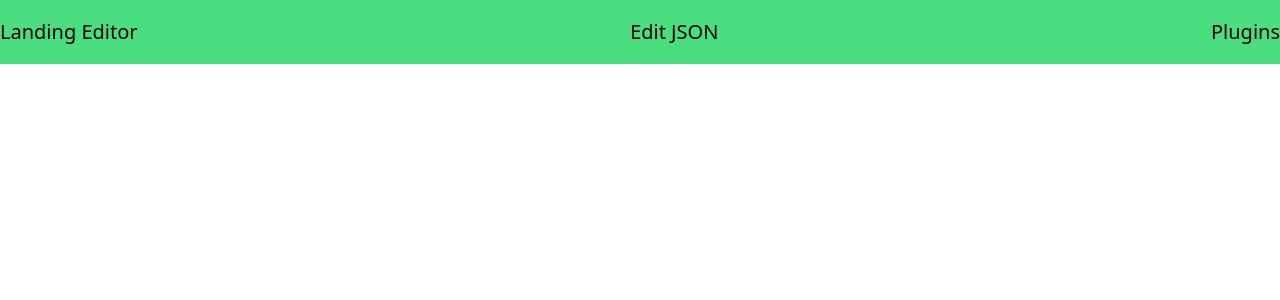
Repository: ShumilovMikhail/plugins-app
Page: / (app in app/frontend/)
The author's editor kept a copy of each file at every save. The page is drawn from the files as they stood at one save, then again after the next save.
The browser window is 1280 px wide. The pictures show the whole page.
The project was rebuilt for these pictures with package versions that can differ from the ones it lists, and the page was loaded fresh each time. Also part of the build but not shown: app/frontend/angular.json.

Above is the page before, as saved 2024-05-13 07:27:35.

### app/frontend/src/app/app.component.ts
import { Component } from '@angular/core';
import { RouterOutlet } from '@angular/router';
import { HeaderComponent } from './layout/header/header.component';

@Component({
  selector: 'app-root',
  standalone: true,
  imports: [RouterOutlet, HeaderComponent],
  templateUrl: './app.component.html',
})
export class AppComponent {
}

### app/frontend/src/app/layout/header/header.component.ts
import { Component, inject } from '@angular/core';
import { HeaderService } from '../../services/header.service';
import { RouterLink } from '@angular/router';

@Component({
  selector: 'app-header',
  standalone: true,
  imports: [RouterLink],
  templateUrl: './header.component.html',
})
export class HeaderComponent {
  protected readonly headerService = inject(HeaderService);
};

### app/frontend/src/app/layout/header/header.component.html
<div class="h-16 w-full bg-green-400 flex items-center justify-between">
  <span class="text-xl">{{headerService.pageName()}}</span>
  <a class="text-xl" routerLink="/editor/json">Edit JSON</a>
  <a class="text-xl" routerLink="/store">Plugins</a>
</div>

### app/frontend/src/app/services/header.service.ts
import { Injectable, signal } from "@angular/core";

@Injectable({
  providedIn: 'root'
})
export class HeaderService {
  pageName = signal('Landing Editor');
};

Loaded but not shown: app/frontend/src/index.html (common file); app/frontend/src/styles.scss (common file); app/frontend/src/main.ts (common file); app/frontend/src/app/app.config.ts (common file); app/frontend/src/app/app.routes.ts (common file); app/frontend/src/app/app.component.html (common file); app/frontend/tailwind.config.js (common file)

After the next save:
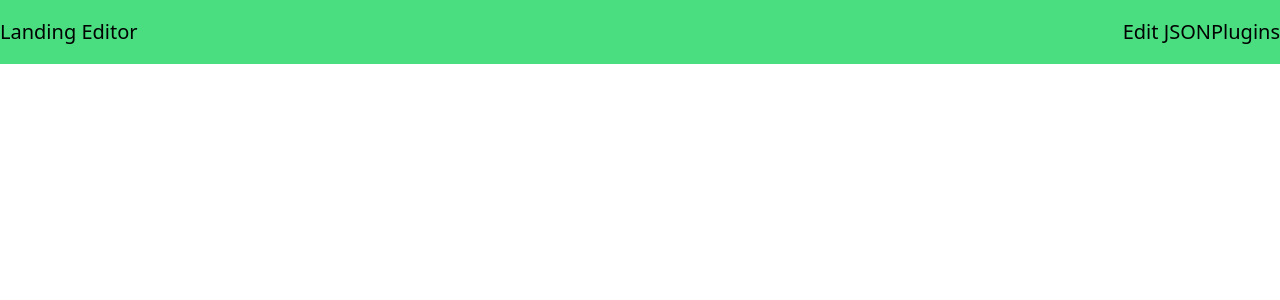
Saved 11 s later.
--- a/app/frontend/src/app/layout/header/header.component.html
+++ b/app/frontend/src/app/layout/header/header.component.html
@@ -1,5 +1,7 @@
 <div class="h-16 w-full bg-green-400 flex items-center justify-between">
   <span class="text-xl">{{headerService.pageName()}}</span>
-  <a class="text-xl" routerLink="/editor/json">Edit JSON</a>
-  <a class="text-xl" routerLink="/store">Plugins</a>
+  <div>
+    <a class="text-xl" routerLink="/editor/json">Edit JSON</a>
+    <a class="text-xl" routerLink="/store">Plugins</a>
+  </div>
 </div>
